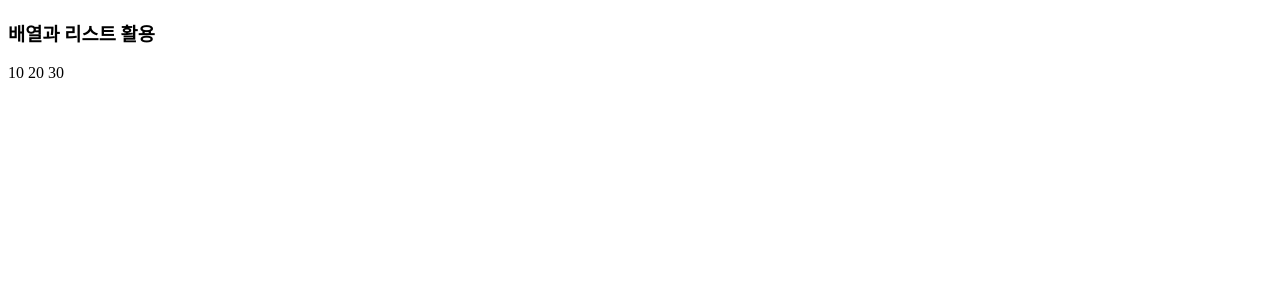
Repository: Kongnamu/JSPworks
Page: http://localhost/jwbook/ch01/Scriptlet2.jsp
These files come from the project's save history. The page is drawn as it stood at one moment and after the next save; the edit follows.
The browser window is 1280 px wide. The pictures show the whole page.
The page is served by Tomcat 9.

Above is the page before, as saved 2023-11-20 02:38:20.

After the next save:
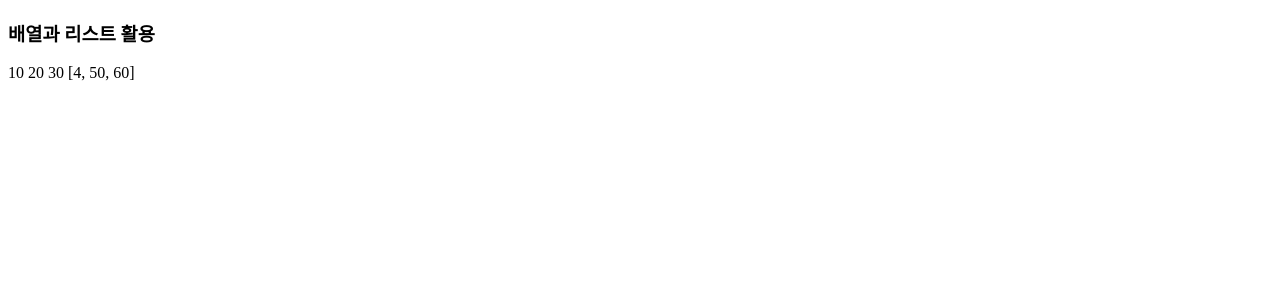
Saved 2 min 9 s later.
--- a/jwbook/src/main/webapp/ch01/Scriptlet2.jsp
+++ b/jwbook/src/main/webapp/ch01/Scriptlet2.jsp
@@ -1,3 +1,4 @@
+<%@page import="java.util.Arrays"%>
 <%@ page language="java" contentType="text/html; charset=UTF-8"
     pageEncoding="UTF-8"%>
 <!DOCTYPE html>
@@ -14,6 +15,10 @@
 		for(int i = 0; i < arr.length; i++){
 			out.println(arr[i]);
 		}
+
+		//Arrays 클래스
+		int arr2[] = new int[]{4, 50, 60};
+		out.println(Arrays.toString(arr2));
 	%>
 </body>
 </html>
